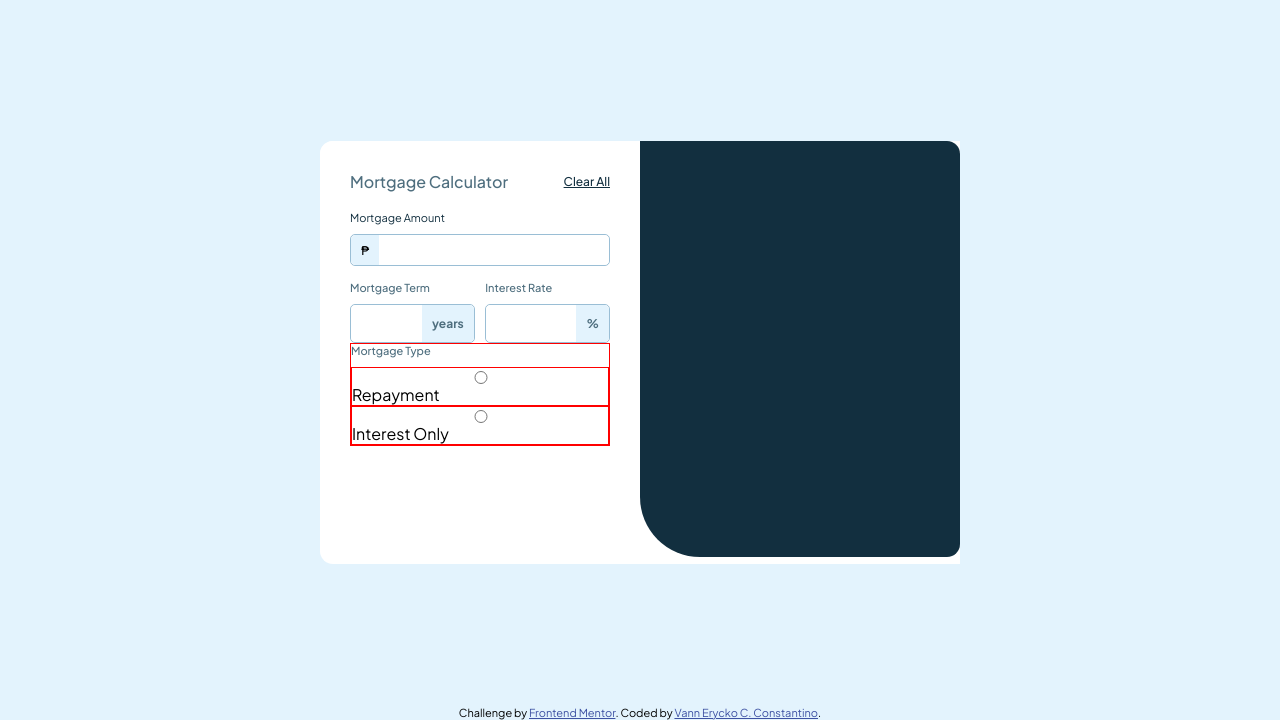
Repository: kocokoy/mortgage-repayment-calculator
Page: index.html
These files come from the project's save history. The page is drawn as it stood at one moment and after the next save; the edit follows.
The browser window is 1280 px wide. The pictures show the whole page.

Above is the page before, as saved 2024-10-29 14:09:49.

After the next save:
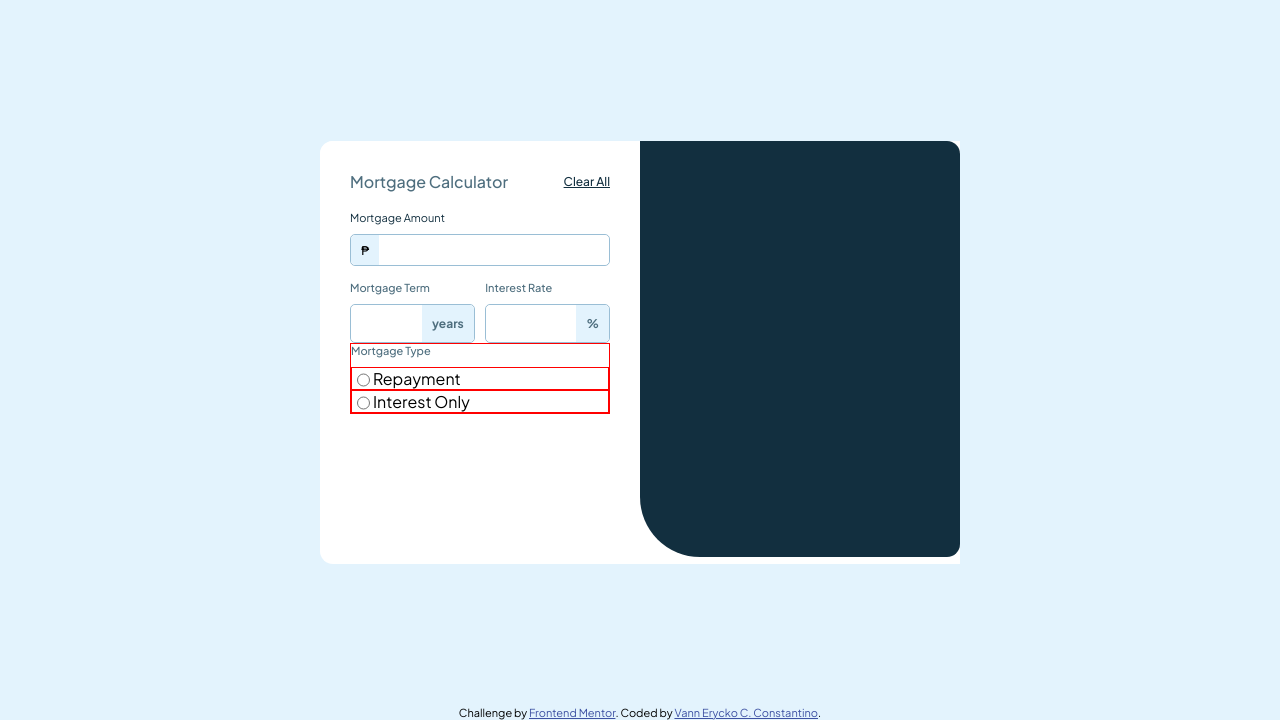
Saved 12 s later.
--- a/styles/style.css
+++ b/styles/style.css
@@ -214,5 +214,5 @@ padding: 30px;
 .mortgage-calculator-type-radio{
   border: 1px solid red;
   display: flex;
-  flex-direction: column;
-}
+  flex-direction: row;
+}
